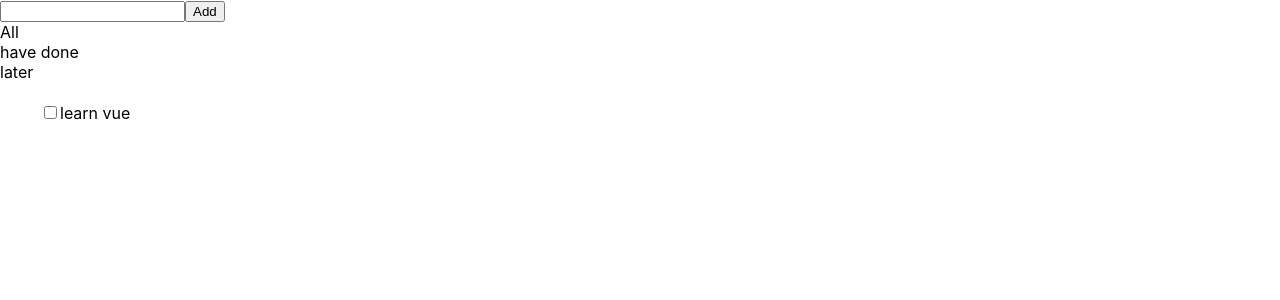
Repository: yurensmile/todolist
Page: /
The author's editor kept a copy of each file at every save. The page is drawn from the files as they stood at one save, then again after the next save.
The browser window is 1280 px wide. The pictures show the whole page.
The project was rebuilt for these pictures with package versions that can differ from the ones it lists, and the page was loaded fresh each time.

Above is the page before, as saved 2019-03-18 15:58:38.

After the next save:
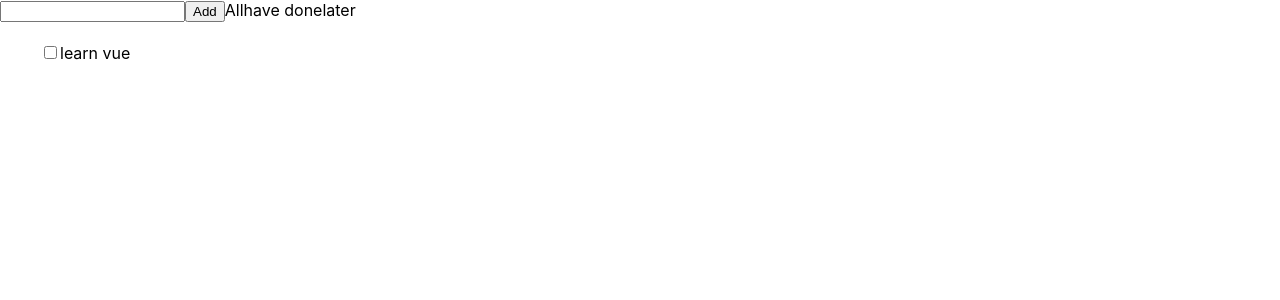
Saved 18 s later.
--- a/src/App.css
+++ b/src/App.css
@@ -13,7 +13,9 @@ li{
   height: 30px;
   margin-bottom: 4px;
 }
-
+.choice{
+  display: inline-block;
+}
 .toggle{
   display: inline-block;
 }
